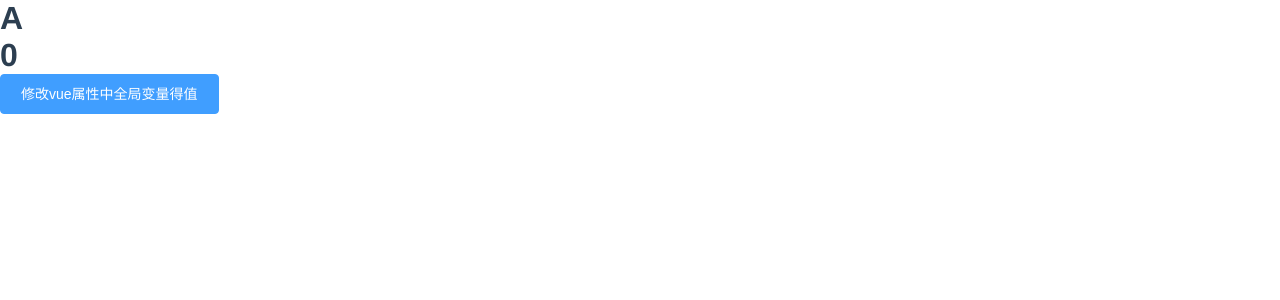
Repository: chang-meng-yun/vue_project
Page: /#/a
The author's editor kept a copy of each file at every save. The page is drawn from the files as they stood at one save, then again after the next save.
The browser window is 1280 px wide. The pictures show the whole page.
The project was rebuilt for these pictures with package versions that can differ from the ones it lists, and the page was loaded fresh each time. Also part of the build but not shown: vue.config.js, src/components/HelloWorld.vue, src/views/HomeView.vue.

Above is the page before, as saved 2024-07-03 10:40:37.

After the next save:
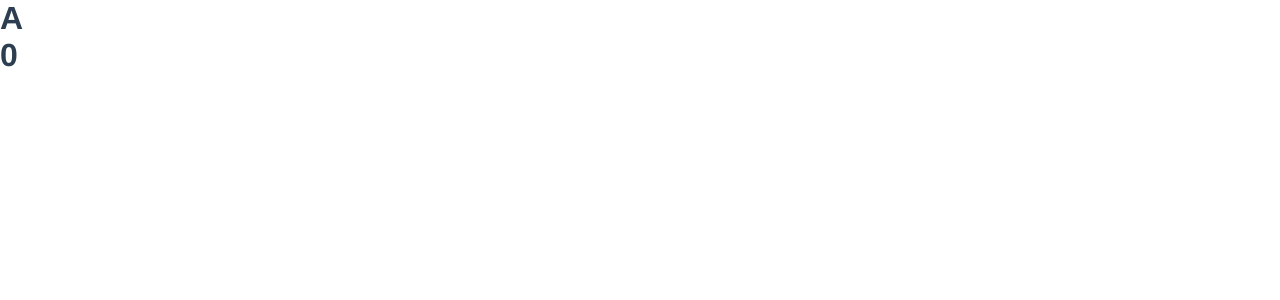
Saved 17 s later.
--- a/src/components/A.vue
+++ b/src/components/A.vue
@@ -2,7 +2,6 @@
     <div>
         <h1>A</h1>
         <h1>{{this.$store.state.num}}</h1>
-        <el-button type="primary" @click="change()">修改vue属性中全局变量得值</el-button>
     </div>
 </template>
 <script>
@@ -13,9 +12,7 @@
         }
     },
     methods: {
-        change(){
-            this.$store.commit('changeNum')
-        }
+
     },
     }
 

After the save that followed:
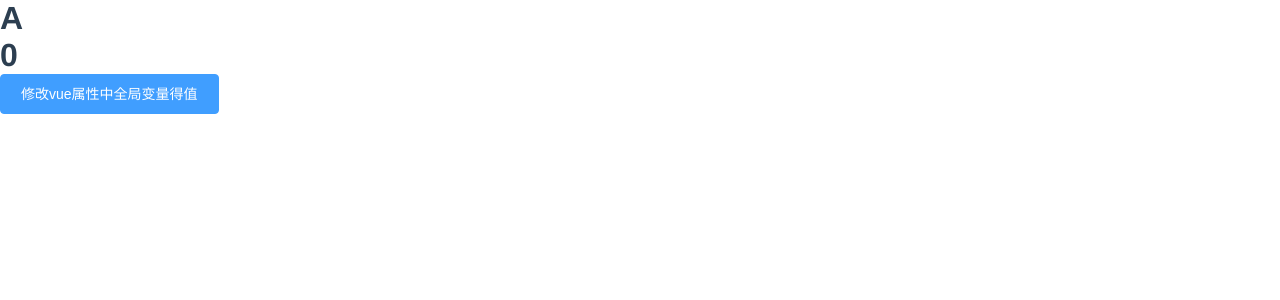
Saved 6 s later.
--- a/src/components/A.vue
+++ b/src/components/A.vue
@@ -2,6 +2,7 @@
     <div>
         <h1>A</h1>
         <h1>{{this.$store.state.num}}</h1>
+        <el-button type="primary" @click="change()">修改vue属性中全局变量得值</el-button>
     </div>
 </template>
 <script>
@@ -12,7 +13,9 @@
         }
     },
     methods: {
-
+        change(){
+            this.$store.commit('changeNum')
+        }
     },
     }
 
